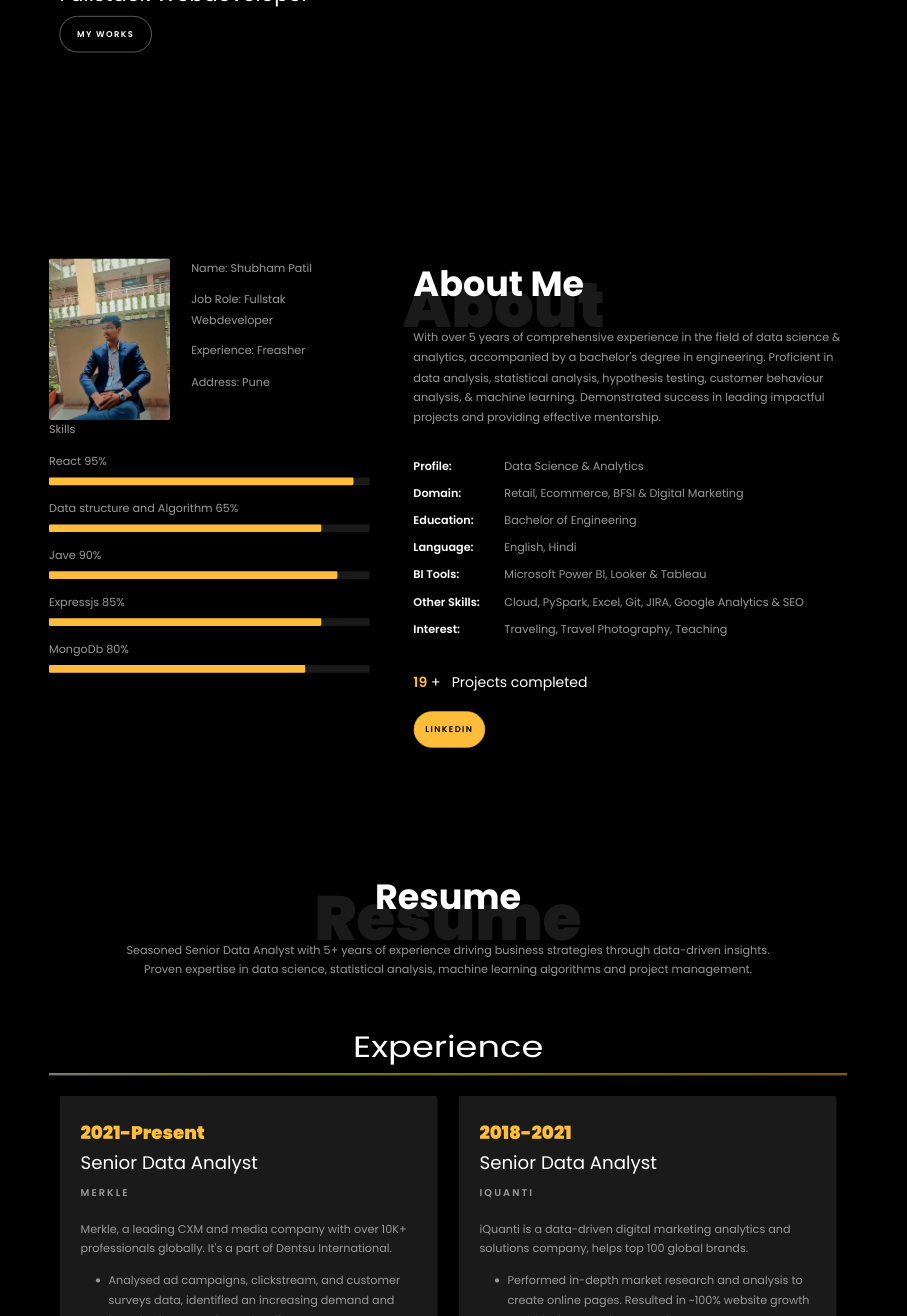
Repository: abp197/portfolio-website
Page: index.html
The author's editor kept a copy of each file at every save. The page is drawn from the files as they stood at one save, then again after the next save.
The browser window is 1280 px wide. The page is 1295 px wide, so the pictures cover 1295 px, including what lies to the right of the window. The pictures show the part of the page from y = 493 to 2373 px (the page is 6242 px tall), at 70% of full size.

Above is the page before, as saved 2024-10-15 00:18:20.
Console error (its wording comes from the project's code and is left out).

After the next save:
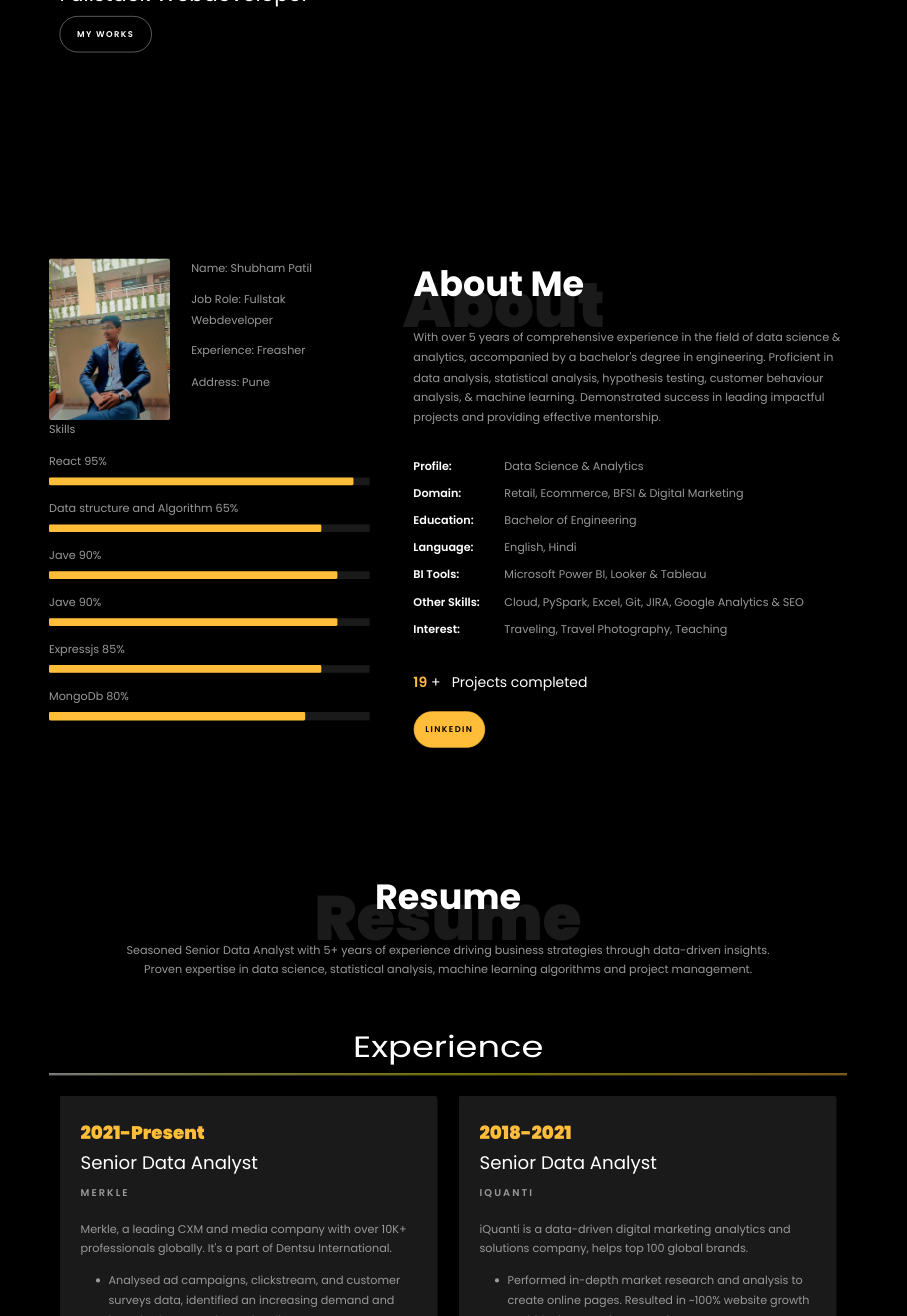
Saved 27 s later.
--- a/index.html
+++ b/index.html
@@ -246,6 +246,12 @@
 											aria-valuemax="100"></div>
 									</div>
 
+									<span>Jave</span> <span class="pull-right">90%</span>
+									<div class="progress">
+										<div class="progress-bar" role="progressbar" style="width: 90%" aria-valuenow="90" aria-valuemin="0"
+											aria-valuemax="100"></div>
+									</div>
+
 									<span>Expressjs</span> <span class="pull-right">85%</span>
 									<div class="progress">
 										<div class="progress-bar" role="progressbar" style="width: 85%" aria-valuenow="85" aria-valuemin="0"
